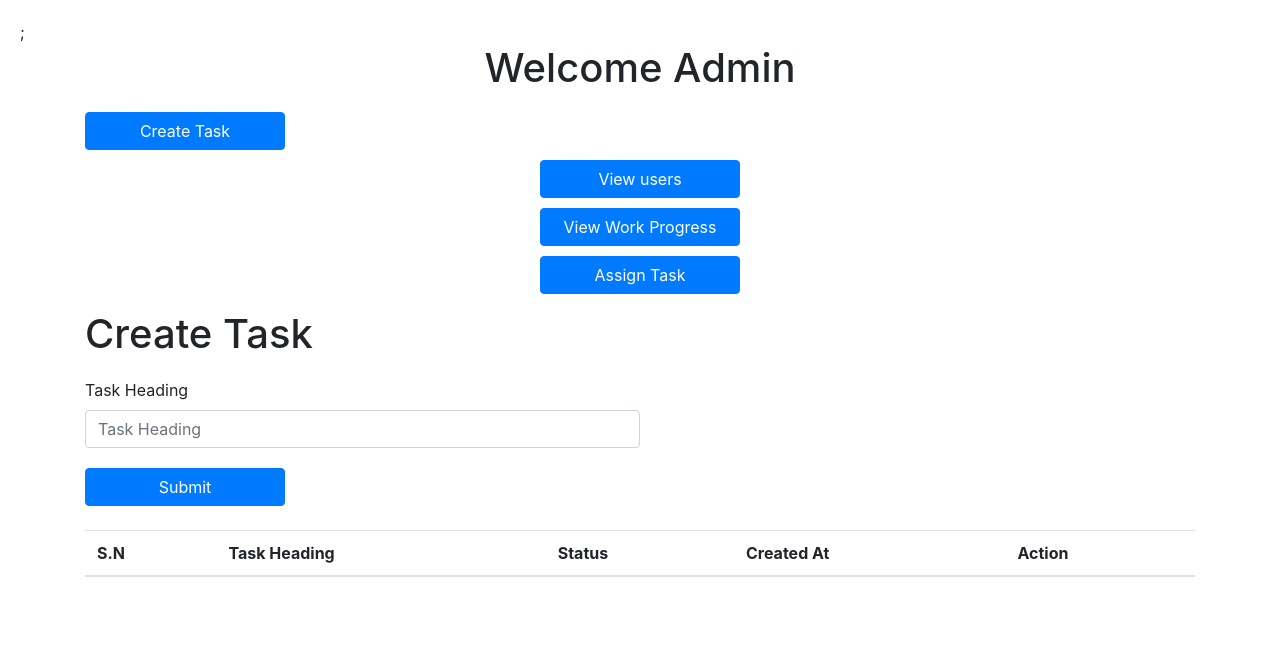
Repository: neha-rouniyar/taskmgmt
Page: http://localhost/admin/create-task
The author's editor kept a copy of each file at every save. The page is drawn from the files as they stood at one save, then again after the next save.
The browser window is 1280 px wide. The pictures show the whole page.
Some web libraries are served in a nearby version. The page is served by the project's Laravel application, run on PHP 8.4 with Laravel 10. Other server files are loaded and not shown. Queries for data that is not in the repository find no rows.

Above is the page before, as saved 2023-12-16 12:01:38.

### routes/web.php
<?php

use App\Http\Controllers\AdminController;
use App\Http\Controllers\AssignTaskController;
use Illuminate\Support\Facades\Route;
use App\Http\Controllers\LoginController;
use App\Models\AssignTask;

/*
|--------------------------------------------------------------------------
| Web Routes
|--------------------------------------------------------------------------
|
| Here is where you can register web routes for your application. These
| routes are loaded by the RouteServiceProvider and all of them will
| be assigned to the "web" middleware group. Make something great!
|
*/

Route::get('/', function () {
    return view('welcome');
});
Route::get('/login-form',[LoginController::class,'index'])->name('login.form');
Route::post('/login-form-submit',[LoginController::class,'loginFormSubmit'])->name('login.form.submit');




Route::get('/register-form',[LoginController::class,'index2'])->name('register.form');
Route::post('/register-form-submit',[LoginController::class,'registerFormSubmit'])->name('register.form.submit');


//user dashboard
Route::get('/user-dashboard',[LoginController::class,'userDashboard'])->name('user.dashboard');
Route::get('/admin-dashboard',[LoginController::class,'adminDashboard'])->name('admin.dashboard');


//admin
Route::get('/admin/view-users',[AdminController::class,'viewUsers'])->name('admin.view.users');
Route::get('/admin/create-task',[AdminController::class,'createTask'])->name('admin.create.task');
Route::get('/admin/view-work-progress',[AdminController::class,'viewWorkProgress'])->name('admin.view.workprogress');

//admin-task
Route::post('/admin/task-submit',[AdminController::class,'taskSubmit'])->name('admin.task.submit');
Route::get('/admin/edit-task/{id}',[AdminController::class,'taskEdit'])->name('task.edit');
Route::post('/admin/update-task/{id}',[AdminController::class,'taskUpdate'])->name('task.update');
Route::get('/admin/delete-task/{id}',[AdminController::class,'taskDelete'])->name('task.delete');
Route::get('/admin/task-assign',[AdminController::class,'taskAssign'])->name('admin.task.assign');
Route::post('/admin/task-assign-submit',[AdminController::class,'taskAssignSubmit'])->name('admin.task.assign.submit');




//user-task
Route::get('/user-view-assgned-task',[AssignTaskController::class,'viewTaskAssigned'])->name('user.view.assigned.task');
Route::get('/verify-email/{token}',[AdminController::class,'verifyEmail'])->name('verify.email');


Route::get('/user/accept-task/{id}',[AssignTaskController::class,'acceptTask'])->name('accept.task');
Route::get('/user/reject-task/{id}',[AssignTaskController::class,'rejectTask'])->name('reject.task');
Route::get('/user/task-complete/{id}',[AssignTaskController::class,'completeTask'])->name('task.complete');

### app/Http/Controllers/AdminController.php
<?php

namespace App\Http\Controllers;

use App\Models\AssignTask;
use App\Models\EmailVerification;
use App\Models\Task;
use App\Models\User;
use Carbon\Carbon;
use Illuminate\Http\Request;

class AdminController extends Controller
{
    public function viewUsers()
    {
        $users=User::all()->where('usertype','regular');
        // dd($users);
        return view('admin.viewUsers',compact('users'));
    }
    public function createTask()
    {
        $tasks=Task::all();
        return view('admin.task.create',compact('tasks'));
    }
    public function viewWorkProgress()
    {
        return view('admin.task.workprogress');
    }
    public function taskSubmit(Request $request)
    {
        $data=$request->validate([
            'heading'=>'required'
        ]);
        $task=new Task();
        $task->task_heading=$data['heading'];
        $task->save();
        return back()->with('success','Task Created Successfully');
    }
    public function taskEdit(Request $request)
    {
        $data=Task::find($request->id);
        return view('admin.task.edit',compact('data'));
    }
    public function taskUpdate(Request $request)
    {
        $rule=$request->validate([
            'heading'=>'required'
        ]);
        $data=Task::find($request->id);
        $data->task_heading=$rule['heading'];
        $data->save();
        return redirect()->route('admin.create.task')->with('update','Task Updated Successfully');
    }
    public function taskDelete(Request $request)
    {
        $data=Task::find($request->id);
        $data->status=1;
        $data->save();
        return back()->with('delete','Task Deleted Successfully');

    }
    public function taskAssign()
    {
        $task=Task::all()->where('status',0);
        $users=User::all()->where('usertype','regular');
        return view('admin.task.assign',compact('users','task'));
    }
    public function taskAssignSubmit(Request $request)
    {
        $taskAssign=new AssignTask();
        $taskAssign->task_id=$request->task;
        $taskAssign->user_id=$request->user;
        $taskAssign->save();
        return back()->with('message','Task Assigned to user... Waiting to be verified');
    }
    public function verifyEmail(Request $request,$id)
    {
        $token=$request->token;
        $userData=User::where('token',$token)->first();
        $emailVerificationData=EmailVerification::where('token',$token)->first();
        $time=Carbon::now();
        $currentTime=$time->toDateTimeString();
        if($userData->token == $emailVerificationData->token){
            if($emailVerificationData->expiry_at > $currentTime)
            {
                $userId=$userData->id;
                $userData=User::find($userId);
                $userData->status=1;
                $userData->save();
                return redirect('/login-form')->with('msgs','Please login to continue');
            }else{
                return redirect()->route('register.form')->with('linkExpiry','Your Link to email verification failed. Please Register Again');
            }
        }
    }
    // php artisan serve --port=443 --to run in https port
}

### app/Models/Task.php
<?php

namespace App\Models;

use Illuminate\Database\Eloquent\Factories\HasFactory;
use Illuminate\Database\Eloquent\Model;

class Task extends Model
{
    use HasFactory;
    public function assignedTask()
    {
        return $this->hasMany(AssignTask::class,'task_id','id');
    }

}

### resources/views/admin/task/create.blade.php
@extends('admin.dashboard');
@section('admin-content')
<style>
    .form-group {
    margin-bottom: 20px;
}

.custom-dropdown {
    position: relative;
    width: 100%;
}

.custom-select {
    width: 50%;
    /* padding: 10px; */
    box-sizing: border-box;
    border: 1px solid #ccc;
    border-radius: 4px;
    appearance: none;
    background-color: #fff;
    cursor: pointer;
}

.custom-dropdown-arrow {
    position: absolute;
    top: 50%;
    right: 10px;
    transform: translateY(-50%);
    border: solid #555;
    border-width: 0 2px 2px 0;
    display: inline-block;
    padding: 3px;
    transition: transform 0.3s ease-in-out;
}

.custom-select:focus + .custom-dropdown-arrow {
    transform: translateY(-50%) rotate(-45deg);
}

/* Style for the dropdown options */
.custom-select option {
    padding: 10px;
}

</style>
<div class="container">
    <h1 style="width: 100%">Create Task</h1>
    @if (session('success'))
    <div class="alert alert-success alert-dismissible fade show" role="alert">
        <p style="color: rgb(11, 130, 43)8, 28, 0)">{{session('success')}}</p>
        <button type="button" class="close" data-dismiss="alert" aria-label="Close">
          <span aria-hidden="true">&times;</span>
        </button>
      </div>

    @endif
    @if (session('update'))
    <div class="alert alert-success alert-dismissible fade show" role="alert">
        <p style="color: rgb(0, 128, 30)8, 28, 0)">{{session('update')}}</p>
        <button type="button" class="close" data-dismiss="alert" aria-label="Close">
          <span aria-hidden="true">&times;</span>
        </button>
      </div>

    @endif
    @if (session('delete'))
    <div class="alert alert-success alert-dismissible fade show" role="alert">
        <p style="color: rgb(0, 128, 30)8, 28, 0)">{{session('delete')}}</p>
        <button type="button" class="close" data-dismiss="alert" aria-label="Close">
          <span aria-hidden="true">&times;</span>
        </button>
      </div>

    @endif
<form action="{{route('admin.task.submit')}}" method="POST">
    @csrf
      <div class="form-group">
        <label for="exampleInputEmail1">Task Heading</label>
        <input style="width: 50%" type="text" name="heading" class="form-control" id="exampleInputEmail1" aria-describedby="emailHelp" placeholder="Task Heading" required>
      </div>
      <button type="submit" class="btn btn-primary">Submit</button>
    </form>
    <table class="table mt-4">
        <thead>
          <tr>
            <th scope="col">S.N</th>
            <th scope="col">Task Heading</th>
            <th scope="col">Status</th>
            <th scope="col">Created At</th>
            <th scope="col">Action</th>
          </tr>
        </thead>
        <tbody>
            @php
                $i=1;
            @endphp
            @foreach ($tasks as $data )
            @if ($data->status==0)
          <tr>
            <th>{{$i++}}</th>
            <td>{{$data->task_heading}}</td>
            <td>{{$data->status}}</td>
            <td>{{$data->created_at}}</td>
            <td>
                <a href="{{route('task.edit',$data->id)}}"><button style="width: 20%" type="button" class="btn btn-primary">Edit</button></a>
                <a href="{{route('task.delete',$data->id)}}"><button style="width: 30%" type="button" class="btn btn-danger">Delete</button></a>
            </td>
          </tr>
          @endif
          @endforeach
        </tbody>
      </table>
</div>
@endsection

### resources/views/admin/dashboard.blade.php
<!doctype html>
<html lang="en">
  <head>
    <!-- Required meta tags -->
    <meta charset="utf-8">
    <meta name="viewport" content="width=device-width, initial-scale=1, shrink-to-fit=no">

    <!-- Bootstrap CSS -->
    <link rel="stylesheet" href="https://cdn.jsdelivr.net/npm/bootstrap@4.0.0/dist/css/bootstrap.min.css" integrity="sha384-Gn5384xqQ1aoWXA+058RXPxPg6fy4IWvTNh0E263XmFcJlSAwiGgFAW/dAiS6JXm" crossorigin="anonymous">
    <style>
      body {
          padding: 20px;
      }

      h1 {
          margin-bottom: 20px;
      }

      .btn-container {
          display: flex;
          flex-direction: column;
          gap: 10px;
      }

      .btn-container a {
          text-decoration: none;
      }

      .btn {
          width: 200px;
      }
  </style>
    <title>Hello, world!</title>
  </head>
  <body>
    <div class="container text-center">
        <h1>Welcome Admin</h1>
        <div class="btn-container">

                <button type="button" class="btn btn-primary" data-toggle="modal" data-target="#exampleModal">Create Task</button>
            <a href="{{route('admin.view.users')}}">
                <button type="button" class="btn btn-primary">View users</button>
            </a>
            <a href="{{route('admin.view.workprogress')}}">
                <button type="button" class="btn btn-primary">View Work Progress</button>
            </a>
            <a href="{{route('admin.task.assign')}}">
                <button type="button" class="btn btn-primary">Assign Task</button>
            </a>
        </div>
    </div>
    <form action="{{route('admin.task.submit')}}" method="POST">
        @csrf
    <div class="modal fade" id="exampleModal" tabindex="-1" role="dialog" aria-labelledby="exampleModalLabel" aria-hidden="true">
        <div class="modal-dialog" role="document">
          <div class="modal-content">
            <div class="modal-header">
              <h5 class="modal-title" id="exampleModalLabel">Task Heading</h5>

              <button type="button" class="close" data-dismiss="modal" aria-label="Close">
                  <span aria-hidden="true">&times;</span>
                </button>
            </div>
            <div class="modal-body">
                <input type="text" name="heading" class="form-control" id="exampleInputEmail1" aria-describedby="emailHelp" placeholder="Task Heading" required>

            </div>
            <div class="modal-footer">
              <button type="button" class="btn btn-secondary" data-dismiss="modal">Close</button>
              <button type="submit" class="btn btn-primary">Add Task</button>
            </div>
          </div>
        </div>
      </div>
          {{-- <div class="form-group">
            <label for="exampleInputEmail1"></label>
          </div>
          <button type="submit" class="btn btn-primary">Submit</button> --}}
    </form>
    @yield('admin-content')
    <script src="https://code.jquery.com/jquery-3.2.1.slim.min.js" integrity="sha384-KJ3o2DKtIkvYIK3UENzmM7KCkRr/rE9/Qpg6aAZGJwFDMVNA/GpGFF93hXpG5KkN" crossorigin="anonymous"></script>
    <script src="https://cdn.jsdelivr.net/npm/popper.js@1.12.9/dist/umd/popper.min.js" integrity="sha384-ApNbgh9B+Y1QKtv3Rn7W3mgPxhU9K/ScQsAP7hUibX39j7fakFPskvXusvfa0b4Q" crossorigin="anonymous"></script>
    <script src="https://cdn.jsdelivr.net/npm/bootstrap@4.0.0/dist/js/bootstrap.min.js" integrity="sha384-JZR6Spejh4U02d8jOt6vLEHfe/JQGiRRSQQxSfFWpi1MquVdAyjUar5+76PVCmYl" crossorigin="anonymous"></script>
</body>
</html>

Loaded but not shown: app/Http/Controllers/Controller.php (common file)

After the next save:
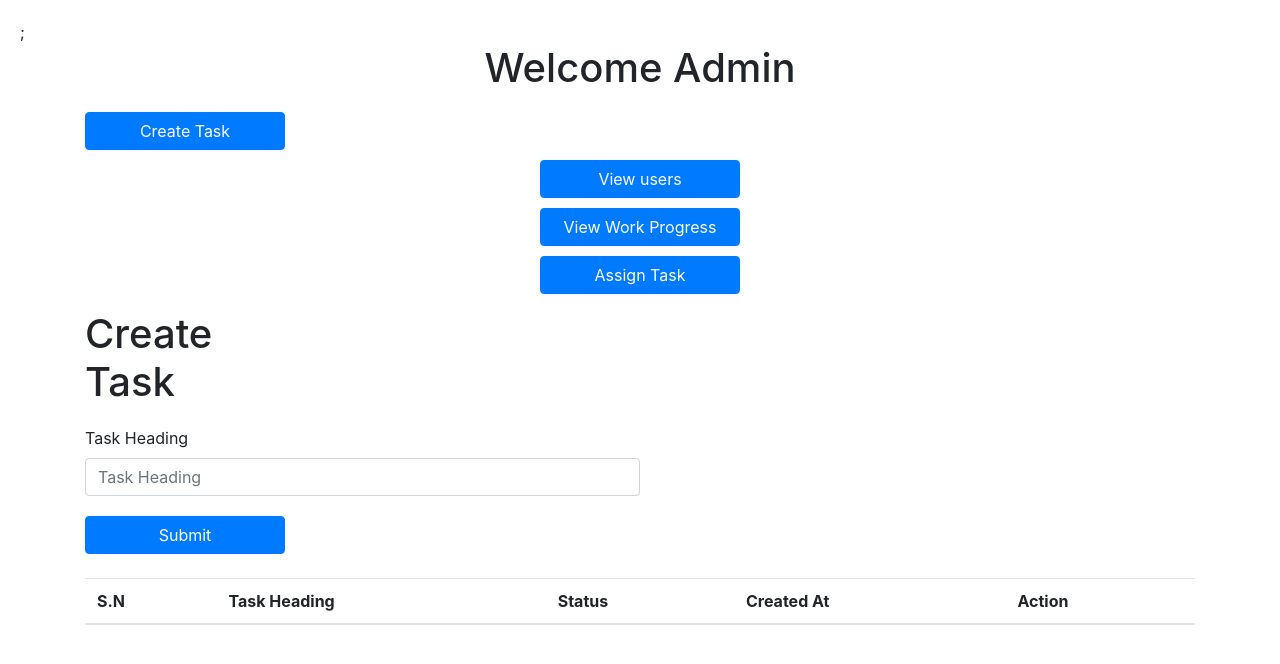
Saved 8 s later.
--- a/resources/views/admin/task/create.blade.php
+++ b/resources/views/admin/task/create.blade.php
@@ -44,7 +44,7 @@
 
 </style>
 <div class="container">
-    <h1 style="width: 100%">Create Task</h1>
+    <h1 style="width: 1">Create Task</h1>
     @if (session('success'))
     <div class="alert alert-success alert-dismissible fade show" role="alert">
         <p style="color: rgb(11, 130, 43)8, 28, 0)">{{session('success')}}</p>
